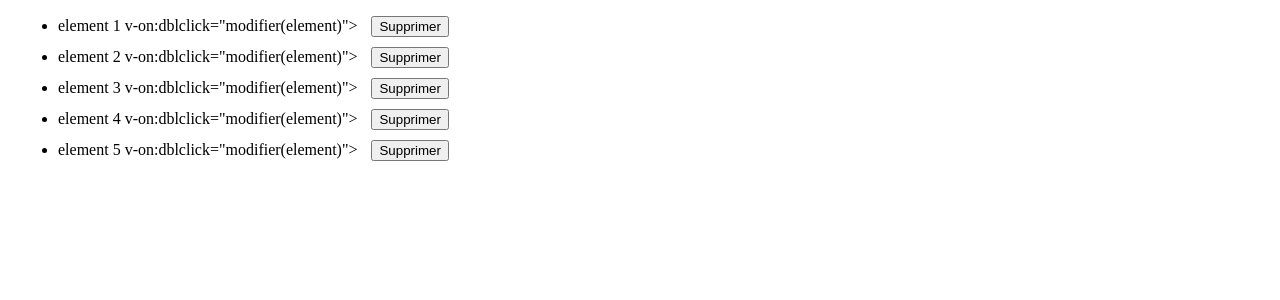
Repository: arione15/Livre_Serrion-Vue.js
Page: liste_ch3.html
An editor plug-in stored every save of this project. The page is shown before and after a run of saves, followed by the edit.
The browser window is 1280 px wide. The pictures show the whole page.

Above is the page before, as saved 2021-09-07 13:43:45.

After the next 2 saves:
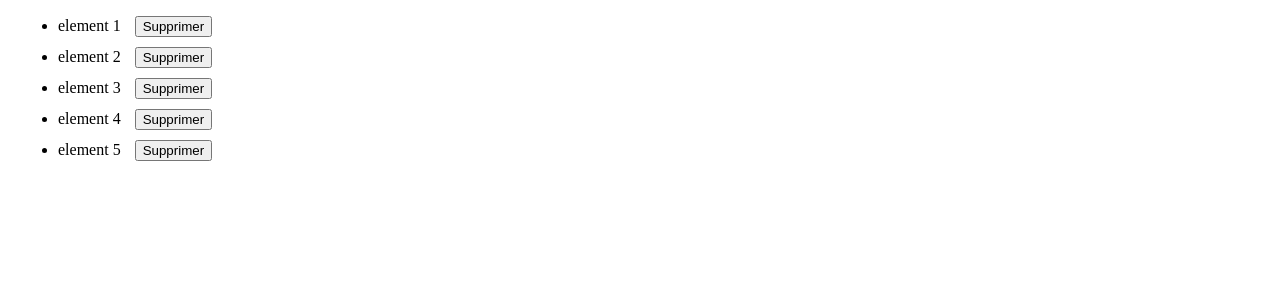
The 2 saves are shown as one change because they came seconds apart.
The last was saved 53 s later.
--- a/liste_ch3.html
+++ b/liste_ch3.html
@@ -23,9 +23,9 @@
                 <ul>
                     <li v-for="(element, index) of elements" style="margin:10px;">
                         <span v-if="!element.modifyOn"
-                              v-on:dblclick = ""> {{ element.text }} </span>
+                        v-on:dblclick="modifier(element)"> {{ element.text }} </span>
                         <input </input>
-                        v-on:dblclick="modifier(element)">
+
                         <button @click="supprimer(element)" style="margin-left:10px;">Supprimer</button>
                     </li>
                 </ul>
